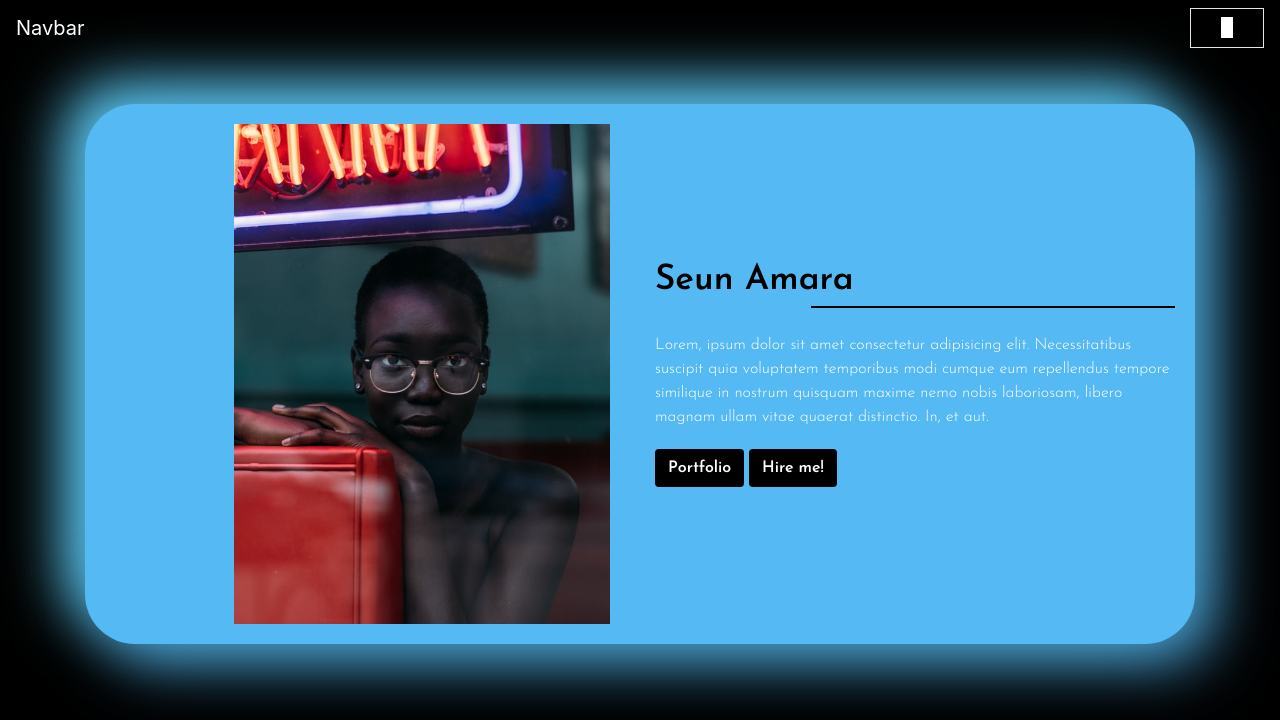
Repository: latenightsnacc/portfolio-site
Page: index.html
The author's editor kept a copy of each file at every save. The page is drawn from the files as they stood at one save, then again after the next save.
The browser window is 1280 px wide. The pictures show the whole page.
Some web libraries are served in a nearby version. The style sheet was rebuilt from its Sass, Less or Tailwind sources for each picture, by a compiler version that may differ from the author's.

Above is the page before, as saved 2020-08-03 14:54:24.

After the next save:
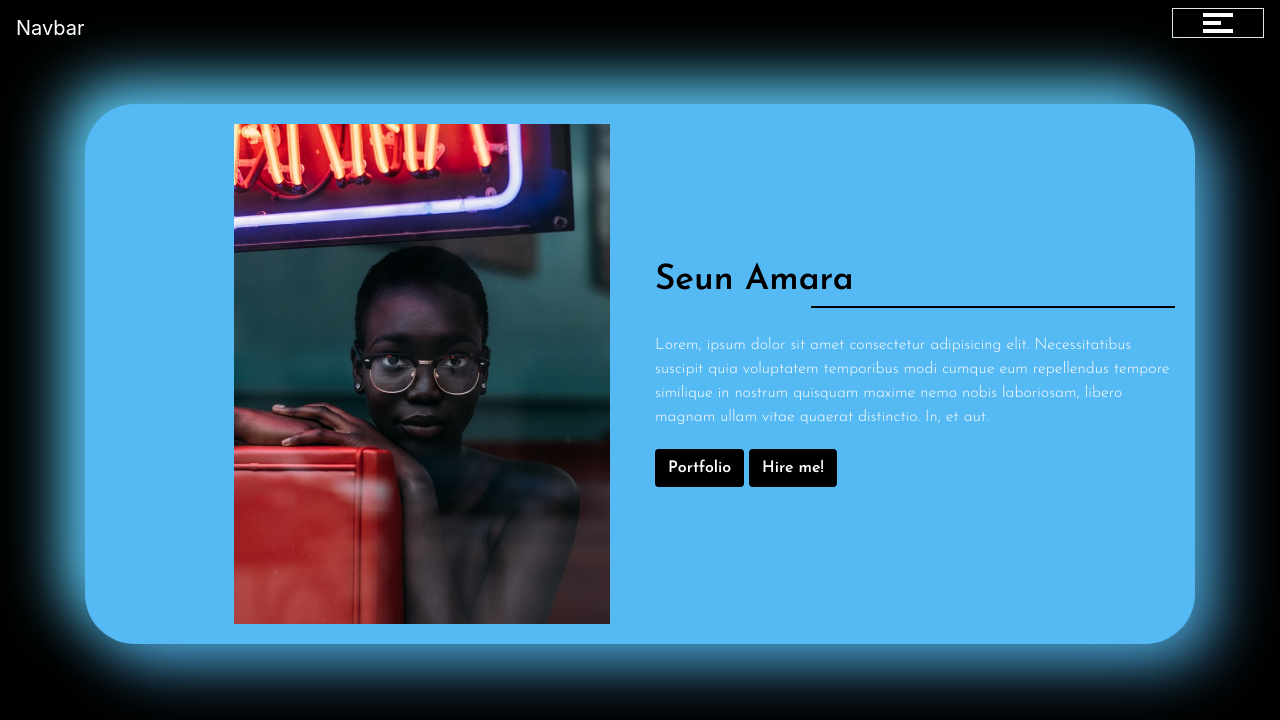
Saved 18 s later.
--- a/index.html
+++ b/index.html
@@ -16,8 +16,8 @@
         <nav class="navbar navbar-light bg-dark mb-5">
             <div class="nav-top" id="top">
                 <a class="navbar-brand" href="#">Navbar</a>
-                <div class="menu-icon">
-                    <a class="uk-button uk-button-default" href="#modal-full" uk-toggle>
+                <div class="">
+                    <a class="uk-button uk-button-default menu-icon" href="#modal-full" uk-toggle>
                         <span class="icon-long"></span>
                         <span class="icon-short"></span>
                         <span class="icon-long"></span>
